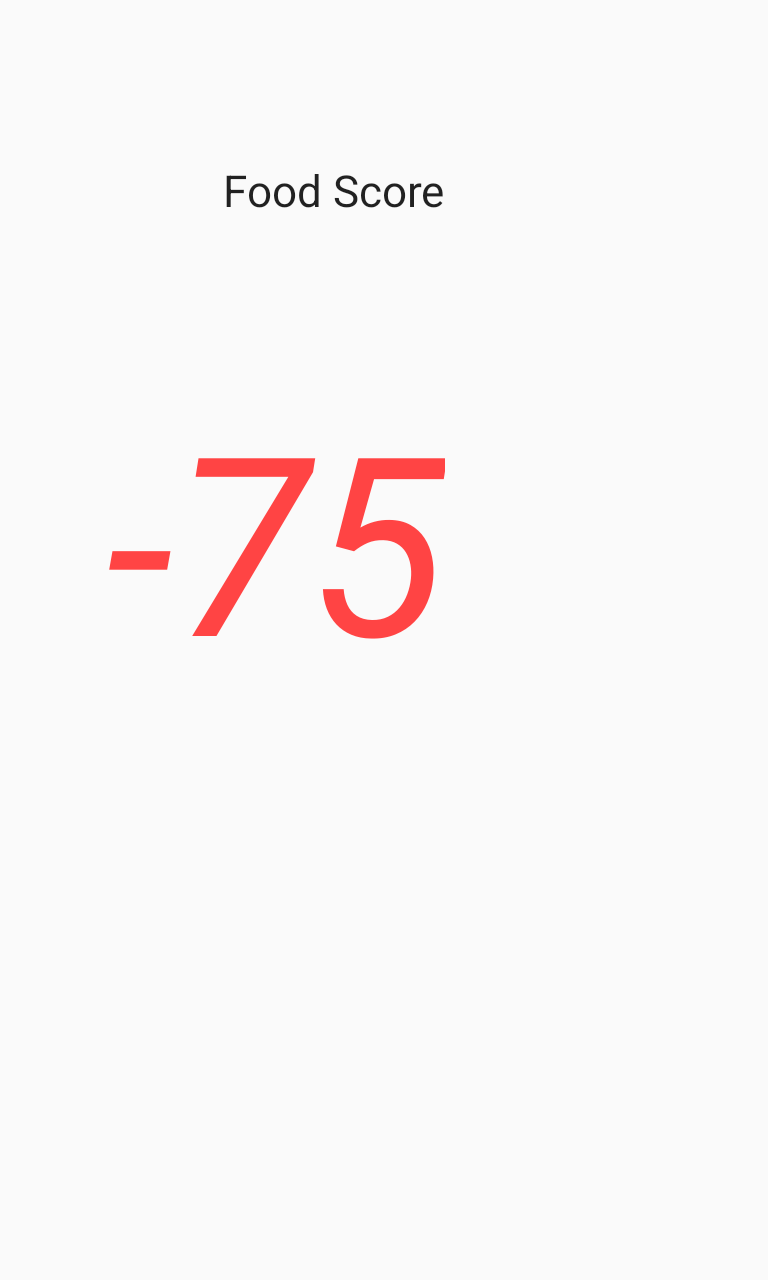
Repository: sehmon/workspace-eclipse
Layout: WhatAmIEating/res/layout/fragment_score.xml
An editor plug-in stored every save of this project. The layout is shown before and after the next save, followed by the edit.
It is drawn on a 768 x 1280 px phone screen (xhdpi) without system bars, with theme AppTheme; the app's code is not run.

Above is the layout before, as saved 2014-04-13 11:48:34.

After the next save:
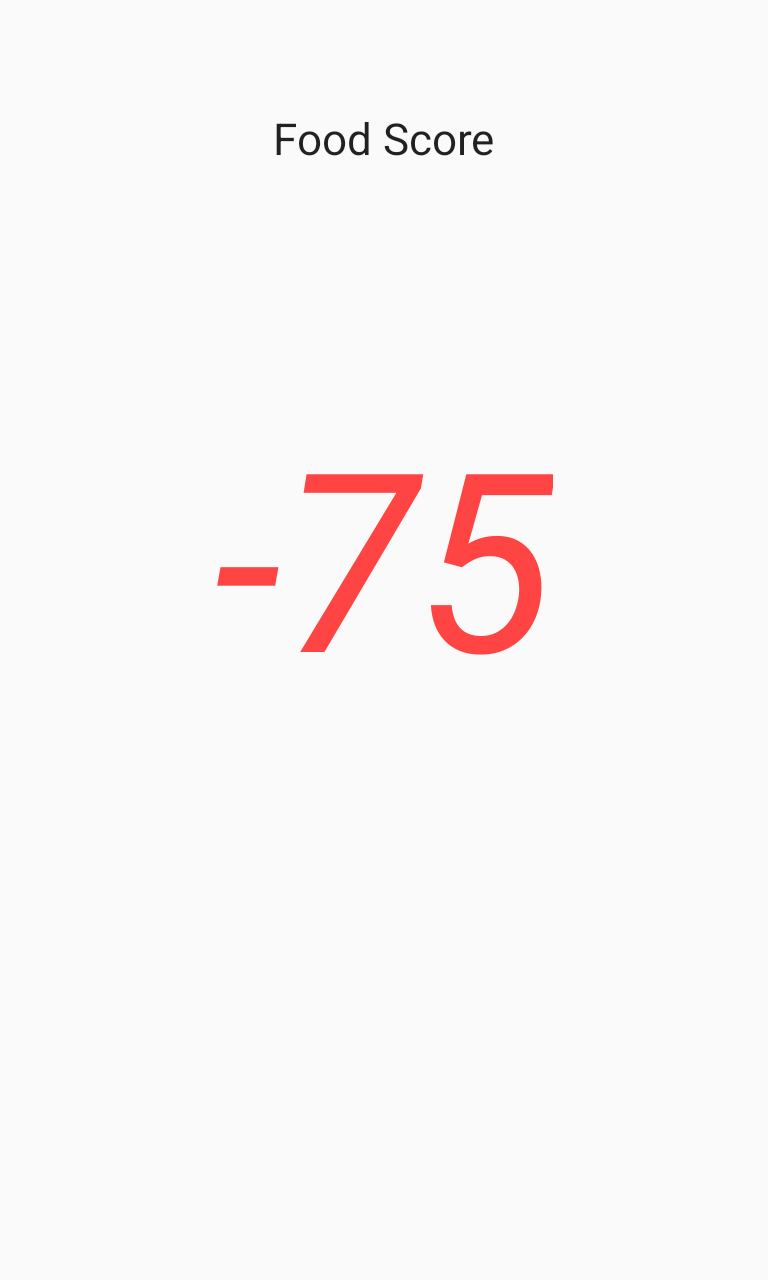
Saved 39 s later.
--- a/WhatAmIEating/res/layout/fragment_score.xml
+++ b/WhatAmIEating/res/layout/fragment_score.xml
@@ -4,13 +4,22 @@
     android:layout_height="match_parent" >
 
     <TextView
+        android:id="@+id/scoreTextView"
+        android:layout_width="wrap_content"
+        android:layout_height="wrap_content"
+        android:layout_alignParentTop="true"
+        android:layout_centerHorizontal="true"
+        android:layout_marginTop="54dp"
+        android:text="Food Score"
+        android:textAppearance="?android:attr/textAppearanceLarge" />
+
+    <TextView
         android:id="@+id/textView1"
         android:layout_width="wrap_content"
         android:layout_height="wrap_content"
-        android:layout_alignParentLeft="true"
         android:layout_below="@+id/scoreTextView"
-        android:layout_marginLeft="53dp"
-        android:layout_marginTop="76dp"
+        android:layout_centerHorizontal="true"
+        android:layout_marginTop="110dp"
         android:gravity="center"
         android:text="-75"
         android:textAppearance="?android:attr/textAppearanceLarge"
@@ -18,14 +27,4 @@
         android:textSize="125dp"
         android:textStyle="italic" />
 
-    <TextView
-        android:id="@+id/scoreTextView"
-        android:layout_width="wrap_content"
-        android:layout_height="wrap_content"
-        android:layout_alignParentTop="true"
-        android:layout_alignRight="@+id/textView1"
-        android:layout_marginTop="80dp"
-        android:text="Food Score"
-        android:textAppearance="?android:attr/textAppearanceLarge" />
-
 </RelativeLayout>
